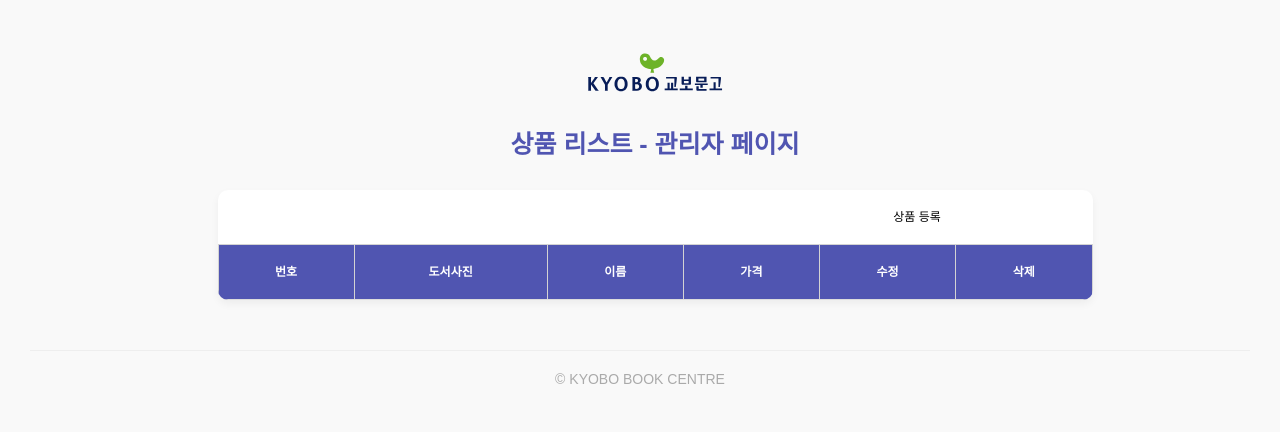
Repository: Yundanbi/Kyobo
Page: http://localhost/kyobo/productList.do
An editor plug-in stored every save of this project. The page is shown before and after the next save, followed by the edit.
The browser window is 1280 px wide. The pictures show the whole page.
The page is served by Tomcat 9. Queries for data that is not in the repository find no rows.

Above is the page before, as saved 2025-06-18 05:45:02.

After the next save:
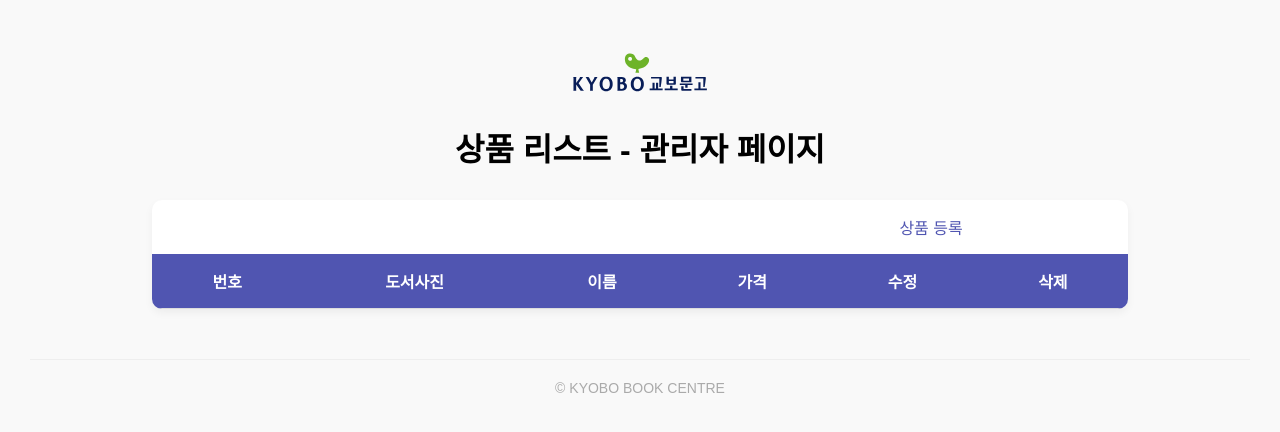
Saved 9 s later.
--- a/kyobo/src/main/webapp/book/productList.jsp
+++ b/kyobo/src/main/webapp/book/productList.jsp
@@ -79,7 +79,6 @@
 	border-top: 1px solid #eee;
 }
 </style>
-<link rel="stylesheet" type="text/css" href="css/shopping.css">
 </head>
 <body>
 	<div id="wrap" align="center">
